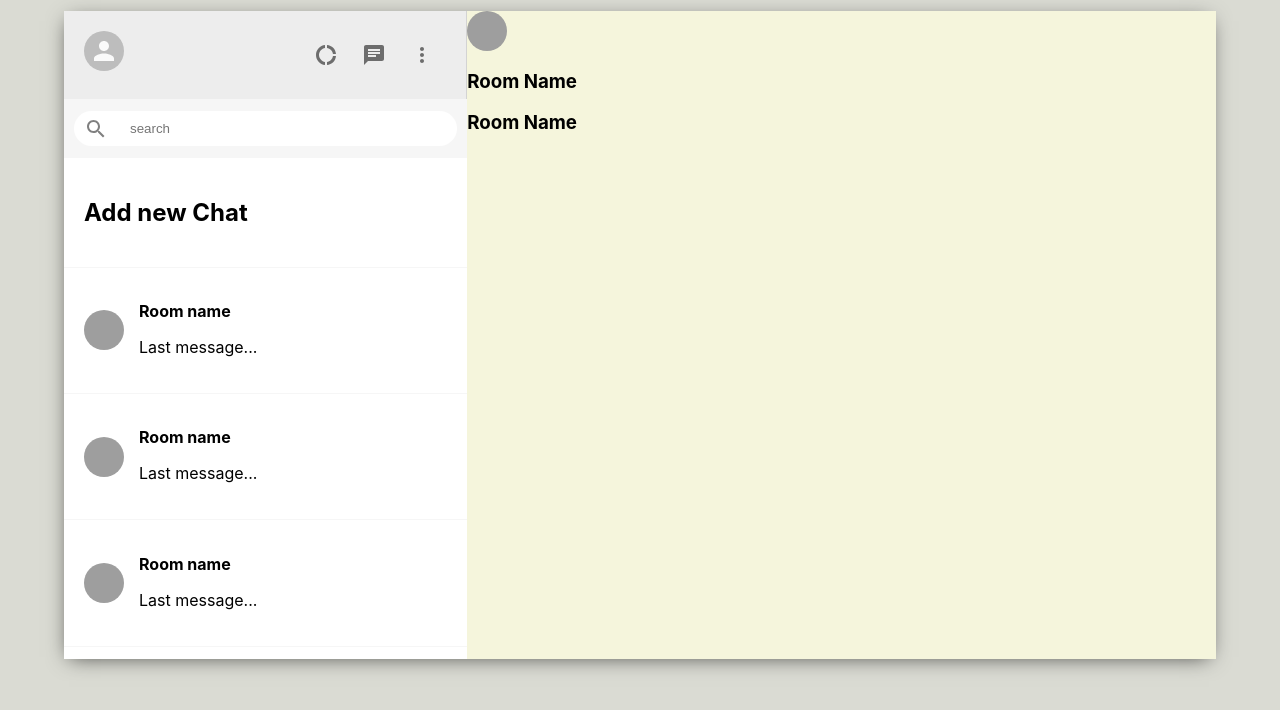
Repository: om1ars/functinal-chat
Page: /
An editor plug-in stored every save of this project. The page is shown before and after a run of saves, followed by the edit.
The browser window is 1280 px wide. The pictures show the whole page.
Pictures or frames that could not be fetched are drawn as grey boxes. The project was rebuilt for these pictures with package versions that can differ from the ones it lists, and the page was loaded fresh each time.

Above is the page before, as saved 2021-11-22 14:22:50.

### src/App.js
import "./App.css";
import Chat from "./components/Chat";
import Sidebar from "./components/Sidebar";

function App() {
  return (
    <div className="app">
      <div className="app__body">
        <Sidebar />
        <Chat />
      </div>
    </div>
  );
}

export default App;

### src/App.css
.app {
  background-color: #dadbd3;
  height: 100vh;
  display: grid;
  place-items: center;
}
.app__body {
  display: flex;
  width: 90vw;
  background-color: #ededed;
  margin-top: -50px;
  box-shadow: -1px 4px 20px -6px rgba(0, 0, 0, 0.7);
  height: 90vh;
}

### src/components/Chat.js
import { Avatar } from "@material-ui/core";
import React, { useEffect } from "react";
import "./Chat.css";

export default function Chat() {
  const [seed, setSeed] = React.useState("");

  useEffect(() => {
    setSeed(Math.floor(Math.random() * 5000));
  }, []);
  return (
    <div className="chat">
      <div className="chat__header">
        <Avatar src={`https://avatars.dicebear.com/api/human/${seed}.svg`} />
      </div>
      <div className="chat__body">
          <div className='chat__headerInfo'>

              <h3>Room Name</h3>
              <h3>Room Name</h3>
          </div>
      </div>
      <div className="chat__footer"></div>
    </div>
  );
}

### src/components/Sidebar.js
import React from "react";
import "./Sisdebar.css";
import { Avatar, IconButton } from "@material-ui/core";
import { DonutLarge, Chat, MoreVert, SearchOutlined } from "@material-ui/icons";
import SidebarChat from "./SidebarChat";
function Sidebar() {
  return (
    <div className="sidebar">
      <div className="sidebar__header">
        <Avatar />
        <div className="sidebar__headerRight">
          <IconButton>
            <DonutLarge />
          </IconButton>
          <IconButton>
            <Chat />
          </IconButton>
          <IconButton>
            <MoreVert />
          </IconButton>
        </div>
      </div>
      <div className="sidebar__search">
        <div className="sidebar__searchContainer">
          <SearchOutlined />
          <input placeholder="search" type="text" />
        </div>
      </div>
      <div className="sidebar__chats">
        <SidebarChat addNewChat="Add new chat" />
        <SidebarChat  />
        <SidebarChat  />
        <SidebarChat  />
        <SidebarChat  />
        <SidebarChat  />
        <SidebarChat  />
      </div>
    </div>
  );
}

export default Sidebar;

### src/components/Chat.css
.chat {
  flex: 0.65;
  background-color: beige;
}

### src/components/Sisdebar.css
.sidebar__header {
  display: flex;
  justify-content: space-between;
  padding: 20px;
  border-right: 1px solid lightgray;
}
.sidebar {
  flex: 0.35;
  display: flex;
  flex-direction: column;
}
.sidebar__headerRight {
  display: flex;
  align-items: center;
  justify-content: space-between;
  min-width: 10vw;
}

.sidebar__headerRight > .MuiSvgIcon-root {
  margin-right: 2vw;
  font-size: 24px !important;
}
.sidebar__search {
  display: flex;
  align-items: center;
  background-color: #f6f6f6;
  height: 39px;
  padding: 10px;
}
.sidebar__searchContainer {
  display: flex;
  align-items: center;
  background-color: white;
  width: 100%;
  height: 35px;
  border-radius: 25px;
}
.sidebar__searchContainer > input {
  border: none;
  margin-left: 10px;
  outline: none;
}
.sidebar__searchContainer > .MuiSvgIcon-root {
  color: gray;
  padding: 10px;
}

.sidebar__chats {
  flex: 1;
  background-color: white;
  overflow: scroll;
}

### src/components/SidebarChat.js
import { Avatar } from "@material-ui/core";
import React, { useEffect, useState } from "react";
import "./SidebarChat.css";

export default function SidebarChat({ addNewChat }) {
  const [seed, setSeed] = useState("");
  const createChat = () => {
    const roomName = prompt("Please enter e roomname");

    if(roomName){

    }
  };

  useEffect(() => {
    setSeed(Math.floor(Math.random() * 5000));
  }, []);
  return !addNewChat ? (
    <div className="sidebarChat">
      <Avatar src={`https://avatars.dicebear.com/api/human/${seed}.svg`} />
      <div className="sidebarChat__info">
        <h2>Room name</h2>
        <p>Last message...</p>
      </div>
    </div>
  ) : (
    <div onClick={createChat} className="sidebarChat">
      <h2>Add new Chat</h2>
    </div>
  );
}

### src/components/SidebarChat.css
.sidebarChat {
  display: flex;
  padding: 20px;
  cursor: pointer;
  border-bottom: 1px solid #f6f6f6;
  align-items: center;
}
.sidebarChat:hover {
  background-color: #ebebeb;
}
.sidebarChat__info > h2 {
  font-size: 16px;
  margin-bottom: 8px;
}
.sidebarChat__info {
  margin-left: 15px;
}

Loaded but not shown: public/index.html (common file); src/index.js (common file); src/index.css (common file)

After the next 4 saves:
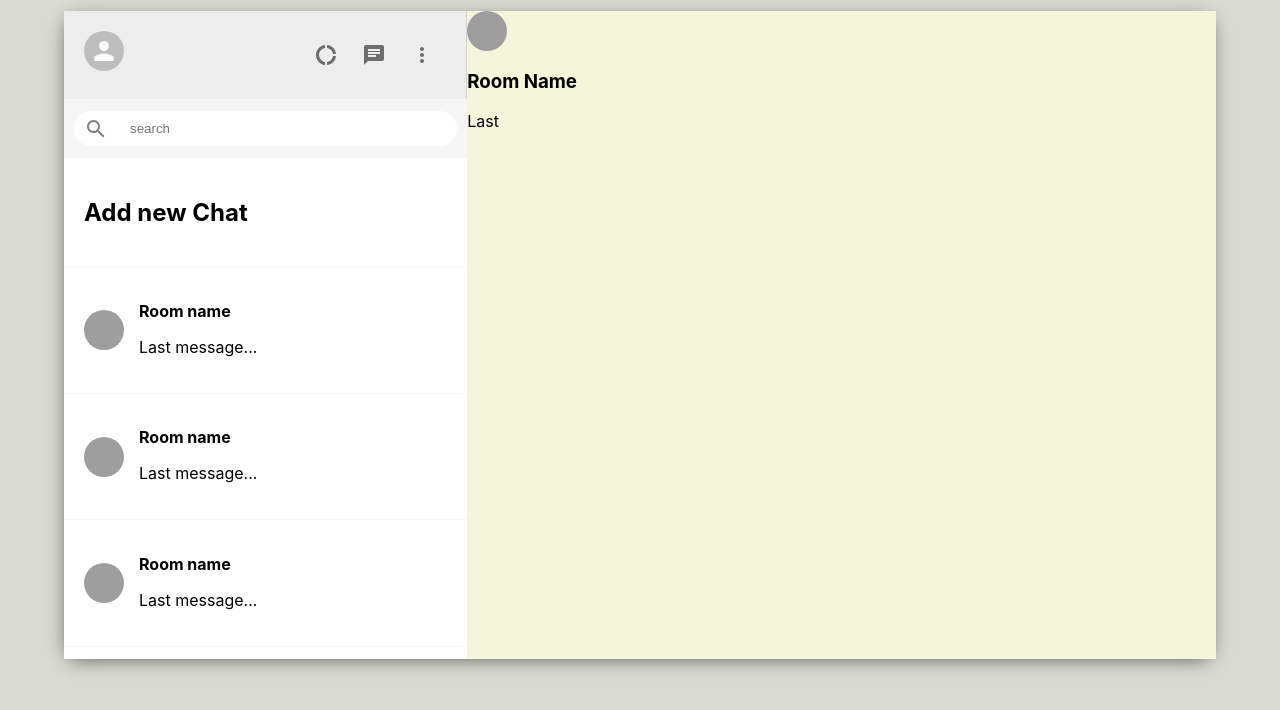
The 4 saves are shown as one change because 2 did not build or start and some came seconds apart.
The last was saved 15 s later.
--- a/src/components/Chat.js
+++ b/src/components/Chat.js
@@ -17,7 +17,7 @@ export default function Chat() {
           <div className='chat__headerInfo'>
 
               <h3>Room Name</h3>
-              <h3>Room Name</h3>
+              <p>Last </p>
           </div>
       </div>
       <div className="chat__footer"></div>
